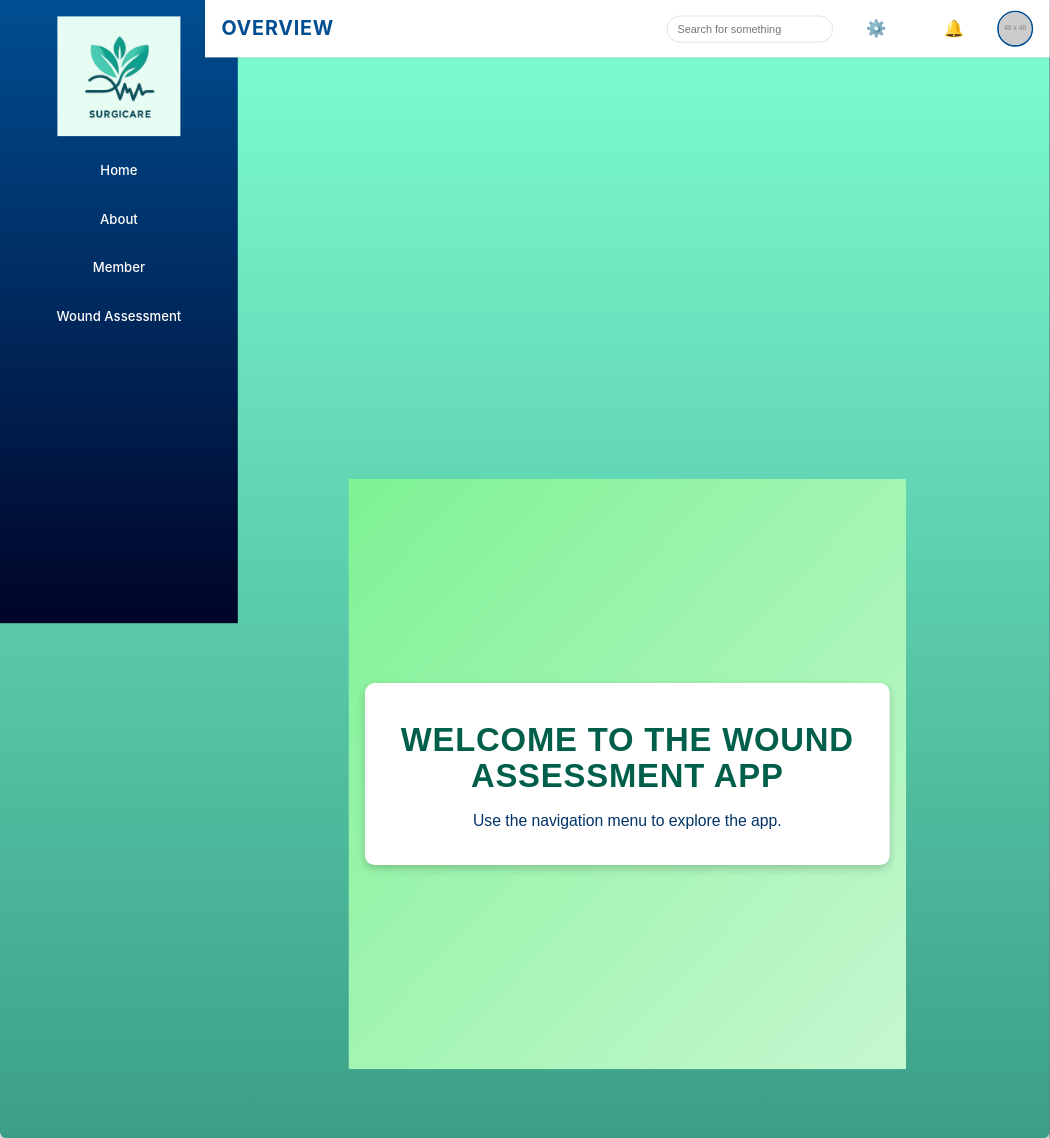
Repository: Jinwoo290350/Surgicare-Vue
Page: / (app in surgicare/)
The author's editor kept a copy of each file at every save. The page is drawn from the files as they stood at one save, then again after the next save.
The browser window is 1280 px wide. The pictures show the whole page, at 82% of full size.
The project was rebuilt for these pictures with package versions that can differ from the ones it lists, and the page was loaded fresh each time. Also part of the build but not shown: surgicare/vite.config.js, surgicare/src/views/About.vue, surgicare/src/views/Member.vue, surgicare/src/components/WoundAssessment.vue.

Above is the page before, as saved 2024-12-30 15:13:24.
Console error: TypeError: Cannot read properties of null (reading 'getContext')

### surgicare/index.html
<!doctype html>
<html lang="en">
  <head>
    <meta charset="UTF-8" />
    <link rel="icon" type="image/svg+xml" href="/vite.svg" />
    <meta name="viewport" content="width=device-width, initial-scale=1.0" />
    <title>Vite + Vue</title>
  </head>
  <body>
    <div id="app"></div>
    <script type="module" src="/src/main.js"></script>
  </script>
  <link href="https://fonts.googleapis.com/css2?family=Roboto:wght@400;500;700&display=swap" rel="stylesheet">

  <script type="text/javascript" src="./src/star.js"></script>
  </body>
</html>

### surgicare/src/main.js
import { createApp } from 'vue'
import './style.css'
import App from './App.vue'
import router from "./router";

createApp(App).use(router).mount("#app");

### surgicare/src/style.css
:root {
  font-family: Inter, system-ui, Avenir, Helvetica, Arial, sans-serif;
  line-height: 1.5;
  font-weight: 400;
  color-scheme: light dark;
  color: rgba(255, 255, 255, 0.87);
  background-color: #242424;
  font-synthesis: none;
  text-rendering: optimizeLegibility;
  -webkit-font-smoothing: antialiased;
  -moz-osx-font-smoothing: grayscale;
}

a {
  font-weight: 500;
  text-decoration: none;
  transition: color 0.3s ease-in-out;
}
a:hover {
  color: #535bf2; /* Blue hover effect */
}

body {
  margin: 0;
  display: flex;
  flex-direction: column;
  align-items: center;
  justify-content: center;
  min-width: 320px;
  min-height: 100vh;
  padding: 20px;
  background-color: #1f2d29;
  background-image: linear-gradient(to top, #3b9f87, #7fffd4);
  background-repeat: no-repeat;
  border-radius: 8px;
  box-shadow: 0 6px 12px rgba(0, 0, 0, 0.3);
}

h1 {
  font-size: 3em;
  line-height: 1.1;
  color: #fff;
  text-transform: uppercase;
  letter-spacing: 1px;
  margin-bottom: 0.5em;
  transition: transform 0.3s ease-in-out;
}
h1:hover {
  transform: scale(1.05); /* Slight hover effect */
}

button {
  border-radius: 8px;
  border: 1px solid transparent;
  padding: 0.8em 1.5em;
  font-size: 1em;
  font-weight: 500;
  background-color: #333;
  color: #fff;
  cursor: pointer;
  transition: all 0.3s ease;
}
button:hover {
  border-color: #646cff;
  background-color: #444;
  transform: translateY(-2px); /* Lift on hover */
}
button:focus,
button:focus-visible {
  outline: 4px auto -webkit-focus-ring-color;
}

.card {
  padding: 2em;
  background-color: #2a2a2a;
  border-radius: 12px;
  box-shadow: 0 4px 10px rgba(0, 0, 0, 0.4);
  transition: transform 0.3s ease;
}
.card:hover {
  transform: translateY(-5px); /* Lift on hover */
}

#app {
  max-width: 1280px;
  margin: 0 auto;
  padding: 2rem;
  text-align: center;
}

/* Media Queries for Responsiveness */
@media (max-width: 768px) {
  body {
    padding: 15px;
  }

  h1 {
    font-size: 2.4em; /* Smaller title for mobile screens */
  }

  button {
    padding: 0.6em 1.2em;
    font-size: 1em;
  }

  .card {
    padding: 1.5em;
  }

  #app {
    padding: 1.5rem;
  }
}

@media (max-width: 480px) {
  h1 {
    font-size: 2em; /* Further reduce title size */
  }

  button {
    padding: 0.5em 1em;
    font-size: 0.9em;
  }

  .card {
    padding: 1em;
  }
}

/* Light Mode Styles */
@media (prefers-color-scheme: light) {
  :root {
    color: #213547;
    background-color: #ffffff;
  }
  a:hover {
    color: #747bff;
  }
  button {
    background-color: #f9f9f9;
    color: #333;
  }
  .card {
    background-color: #f5f5f5;
    box-shadow: 0 2px 6px rgba(0, 0, 0, 0.1);
  }
}

### surgicare/src/App.vue
<template>
  <div id="app" class="app-container">
    <aside class="sidebar">
      <img src="/Users/frank/Vscode/Vue/surgicare/public/Icon_surgicare.png" alt="Logo" class="logo" />
      <nav class="menu">
        <router-link to="/">Home</router-link>
        <router-link to="/about">About</router-link>
        <router-link to="/member">Member</router-link>
        <router-link to="/wound-assessment">Wound Assessment</router-link>
      </nav>
    </aside>

    <header class="header">
      <h1>Overview</h1>
      <div class="header-tools">
        <input type="text" placeholder="Search for something" class="search-box" />
        <button class="settings-btn">⚙️</button>
        <button class="notifications-btn">🔔</button>
        <img src="https://via.placeholder.com/40" alt="Profile" class="profile-pic" />
      </div>
    </header>

    <main class="content-area">
      <router-view class="router-view" />
    </main>
  </div>
</template>

<script>
export default {
  name: "DashboardPage",
};
</script>

<style scoped>
/* General Styles */
body {
  margin: 0;
  font-family: 'Poppins', Arial, sans-serif;
}

.sidebar {
  position: fixed;
  top: 0;
  left: 0;
  width: 250px;
  height: 100%;
  background: linear-gradient(to bottom, #004e92, #000428);
  color: white;
  padding: 20px;
  display: flex;
  flex-direction: column;
  align-items: center;
  z-index: 1000;
}

.logo {
  width: 100%;
  max-width: 150px;
  margin-bottom: 20px;
}

.menu a {
  text-decoration: none;
  color: white;
  font-size: 16px;
  margin-bottom: 15px;
  display: block;
  text-align: center;
  padding: 10px 15px;
  border-radius: 8px;
  transition: background 0.3s, transform 0.3s;
}

.menu a:hover {
  background: rgba(255, 255, 255, 0.2);
  transform: scale(1.05);
}

.header {
  position: fixed;
  top: 0;
  left: 250px; /* Offset for the sidebar */
  right: 0;
  height: 70px;
  background: white;
  display: flex;
  justify-content: space-between;
  align-items: center;
  padding: 0 20px;
  box-shadow: 0 2px 5px rgba(0, 0, 0, 0.1);
  z-index: 1000;
}

.header h1 {
  font-size: 24px;
  color: #004e92;
  margin: 0;
}

.header-tools {
  display: flex;
  align-items: center;
}

.search-box {
  padding: 8px 12px;
  border: 1px solid #ddd;
  border-radius: 25px;
  margin-right: 10px;
  outline: none;
  transition: box-shadow 0.3s;
}

.search-box:focus {
  box-shadow: 0 0 10px rgba(0, 78, 146, 0.5);
}

.settings-btn,
.notifications-btn {
  background: none;
  border: none;
  font-size: 20px;
  color: #555;
  margin-right: 10px;
  cursor: pointer;
}

.profile-pic {
  width: 40px;
  height: 40px;
  border-radius: 50%;
  border: 2px solid #004e92;
}

.content-area {
  margin-top: 500px; /* Offset for the fixed header */
  margin-left: 250px; /* Offset for the fixed sidebar */
  flex-grow: 1;
  display: flex;
  justify-content: center;
  align-items: center;
  overflow-y: auto;
}

.router-view {
  width: 100%;
  height: 300%;
  background: linear-gradient(to bottom right, #e6f7f9, #ffffff);
  display: flex;
  justify-content: center;
  align-items: center;
  position: relative;
}

.placeholder {
  width: 80%;
  height: 80%;
  background: rgba(255, 255, 255, 0.8);
  border-radius: 20px;
  box-shadow: 0 4px 20px rgba(0, 0, 0, 0.1);
  display: flex;
  justify-content: center;
  align-items: center;
  font-size: 28px;
  color: #004e92;
  font-weight: bold;
  text-align: center;
}
</style>

### surgicare/src/router/index.js
import { createRouter, createWebHistory } from "vue-router";

// Importing views and components
import Home from "../views/Home.vue";
import About from "../views/About.vue";
import Member from "../views/Member.vue";
import WoundAssessment from "../components/WoundAssessment.vue";

// Define the route configurations
const routes = [
  {
    path: "/",
    name: "Home",
    component: Home,
    meta: {
      title: "Home -  Surgicare",
    },
  },
  {
    path: "/about",
    name: "About",
    component: About,
    meta: {
      title: "About - Surgicare",
    },
  },
  {
    path: "/member",
    name: "Member",
    component: Member,
    meta: {
      title: "Member - Surgicare",
    },
  },
  {
    path: "/wound-assessment",
    name: "WoundAssessment",
    component: WoundAssessment,
    meta: {
      title: "Wound Assessment - Surgicare",
    },
  },
];

// Create the router instance
const router = createRouter({
  history: createWebHistory(),
  routes,
  scrollBehavior(to, from, savedPosition) {
    // Scroll to top on route change, unless saved position exists
    if (savedPosition) {
      return savedPosition;
    } else {
      return { top: 0 };
    }
  },
});

// Global navigation guard for dynamic document titles
router.beforeEach((to, from, next) => {
  document.title = to.meta.title || "Default App Title";
  next();
});

export default router;

### surgicare/src/views/Home.vue
<template>
  <div class="home">
    <div class="content">
      <h1 class="title">Welcome to the Wound Assessment App</h1>
      <p class="description">Use the navigation menu to explore the app.</p>
    </div>
  </div>
</template>

<script>
export default {
  name: "Home",
};
</script>

<style scoped>
.home {
  display: flex;
  justify-content: center;
  align-items: center;
  height: 100vh; /* Full height for viewport */
  background: linear-gradient(to bottom right, #7ef294, #c6f7d0); /* Subtle gradient */
  font-family: 'Arial', sans-serif;
  text-align: center;
  box-sizing: border-box;
  padding: 20px;
}

.content {
  max-width: 600px; /* Limit content width for better readability */
  padding: 20px;
  background: #ffffff;
  border-radius: 12px; /* Rounded corners */
  box-shadow: 0 4px 10px rgba(0, 0, 0, 0.2); /* Subtle shadow */
}

.title {
  font-size: 2.5rem;
  font-weight: bold;
  color: #005f4b;
  margin-bottom: 15px;
}

.description {
  font-size: 1.2rem;
  color: #003366;
  font-weight: 300;
}
</style>

### surgicare/src/star.js
const canvas = document.querySelector('canvas')
const c = canvas.getContext('2d')

canvas.width = innerWidth
canvas.height = innerHeight

window.addEventListener("resize", function() {
    canvas.width = window.innerWidth;
    canvas.height = window.innerHeight;
    init()
})
function Star(x, y, radius, color) {
    this.x = x
    this.y = y
    this.radius = radius
    this.color = color
    this.velocity = {
        x: (Math.random() - 0.5) * 8,
        y: 3
    }
    this.friction = 0.8
    this.gravity = 1
}

Star.prototype.draw = function() {
    c.save()
    c.beginPath()
    c.arc(this.x, this.y, this.radius, 0, Math.PI * 2, false)
    c.fillStyle = this.color
    c.shadowColor = '#E3EAEF'
    c.shadowBlur = 20
    c.fill()
    c.closePath()
    c.restore()
}

Star.prototype.update = function() {
    this.draw()

    //When ball hits bottom of screen
    if(this.y + this.radius + this.velocity.y > canvas.height - groundHeight){
        this.velocity.y = -this.velocity.y * this.friction
        this.shatter()
    }
    else{
        this.velocity.y += this.gravity
    }

    //Hits side of screen
    if(this.x + this.radius + this.velocity.x > canvas.width || this.x - this.radius <= 0){
        this.velocity.x = -this.velocity.x * this.friction
        this.shatter()
    }

    this.x += this.velocity.x
    this.y += this.velocity.y

}

Star.prototype.shatter = function(){
    this.radius -= 3
    for(let i = 0; i < 8; i++){
        miniStars.push(new MiniStar(this.x, this.y, 2))
    }

}

function MiniStar(x, y, radius, color){
    Star.call(this, x, y, radius, color)
    this.velocity = {
        x: (Math.random() - 0.5) * 10,
        y: (Math.random() - 0.5) * 30
    }
    this.friction = 0.8
    this.gravity = 0.1
    this.ttl = 100
    this.opacity = 1
}

MiniStar.prototype.draw = function() {
    c.save()
    c.beginPath()
    c.arc(this.x, this.y, this.radius, 0, Math.PI * 2, false)
    c.fillStyle = `rgba(227,234, 239, ${this.opacity})`
    c.shadowColor = '#E3EAEF'
    c.shadowBlur = 20
    c.fill()
    c.closePath()
    c.restore()
}

MiniStar.prototype.update = function() {
    this.draw()

    if(this.y + this.radius + this.velocity.y > canvas.height - groundHeight){
        this.velocity.y = -this.velocity.y * this.friction
    }
    else{
        this.velocity.y += this.gravity
    }

    this.x += this.velocity.x
    this.y += this.velocity.y
    this.ttl -= 1
    this.opacity -= 0.0001 * this.ttl
}

function creatMountainRange(mountainAmount, height, color){
    for(let i = 0; i < mountainAmount; i++){
        const mountainWidth = canvas.width / mountainAmount
        c.beginPath()
        c.moveTo(i * mountainWidth, canvas.height)
        c.lineTo(i * mountainWidth + mountainWidth + 0.2*canvas.height, canvas.height)
        c.lineTo(i * mountainWidth + mountainWidth / 2, canvas.height - height)
        c.lineTo(i * mountainWidth - 0.2*canvas.height, canvas.height)
        c.fillStyle = color
        c.fill()
        c.closePath()
    }
}

// Implementation
const backgroundGradient = c.createLinearGradient(0, 0, canvas.width, canvas.height)
backgroundGradient.addColorStop(0, '#171e26')
backgroundGradient.addColorStop(1, '#3f586b')

let stars
let miniStars
let backgroundStars
let ticker = 0
let randomSpawnRate = 75
const groundHeight = 0.09 * canvas.height
let inf = 1e9
function init() {
    stars = []
    miniStars = []
    backgroundStars = []

    for(let i = 0; i < 200; i++){
        const x = Math.random() * canvas.width
        const y = Math.random() * canvas.height
        const radius = Math.random() * 3
        backgroundStars.push(new Star(x, y, radius, 'white'))
    }
}

// Animation Loop
function animate() {
    c.clearRect(0, 0, 0, canvas.height)
    c.fillStyle = backgroundGradient
    c.fillRect(0, 0, canvas.width, canvas.height)

    backgroundStars.forEach(backgroundStar => {
        backgroundStar.draw()
    })

    if(flag) creatMountainRange(1, canvas.height * 0.7, '#384551')
    if(flag) creatMountainRange(2, canvas.height * 0.6, '#2B3843')
    if(flag) creatMountainRange(3, canvas.height * 0.4, '#26333E')
    c.fillStyle = '#182028'
    c.fillRect(0, canvas.height - groundHeight, canvas.width, groundHeight)
    stars.forEach((star, index) => {
        star.update();
        if(star.radius == 0){
            stars.splice(index, 1)
        }
    });

    miniStars.forEach((miniStar, index) => {
        miniStar.update();
        if(miniStar.ttl == 0){
            miniStars.splice(index, 1)
        }
    });

    ticker++
    if(ticker >= inf){
        ticker = 0
    }
    if(ticker % randomSpawnRate == 0){
        const radius = 9
        const x = Math.max(radius, Math.random() * canvas.width - radius)
        stars.push(new Star(x, -100, 9, '#E3EAEF'))
        randomSpawnRate = Math.floor(Math.random() * (200 - 125 + 1) + 125)
    }

    requestAnimationFrame(animate)
}

init()
animate()

After the next save:
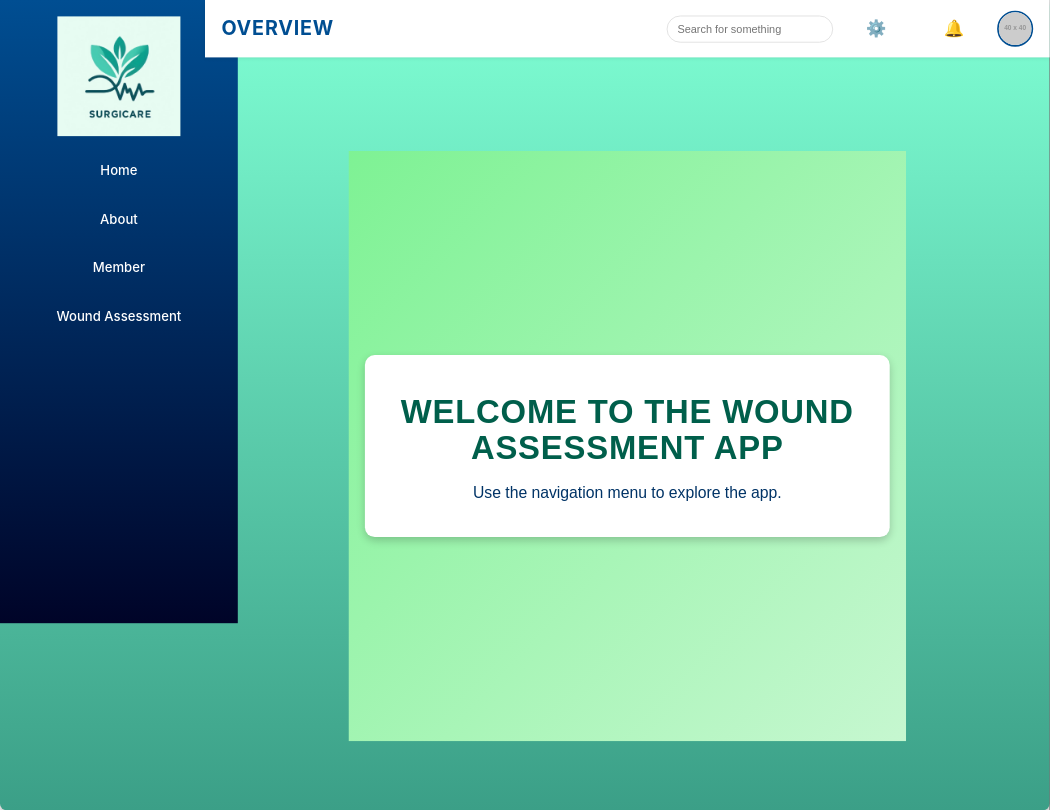
Saved 10 s later.
--- a/surgicare/src/App.vue
+++ b/surgicare/src/App.vue
@@ -134,7 +134,7 @@ body {
 }
 
 .content-area {
-  margin-top: 500px; /* Offset for the fixed header */
+  margin-top: 100px; /* Offset for the fixed header */
   margin-left: 250px; /* Offset for the fixed sidebar */
   flex-grow: 1;
   display: flex;
